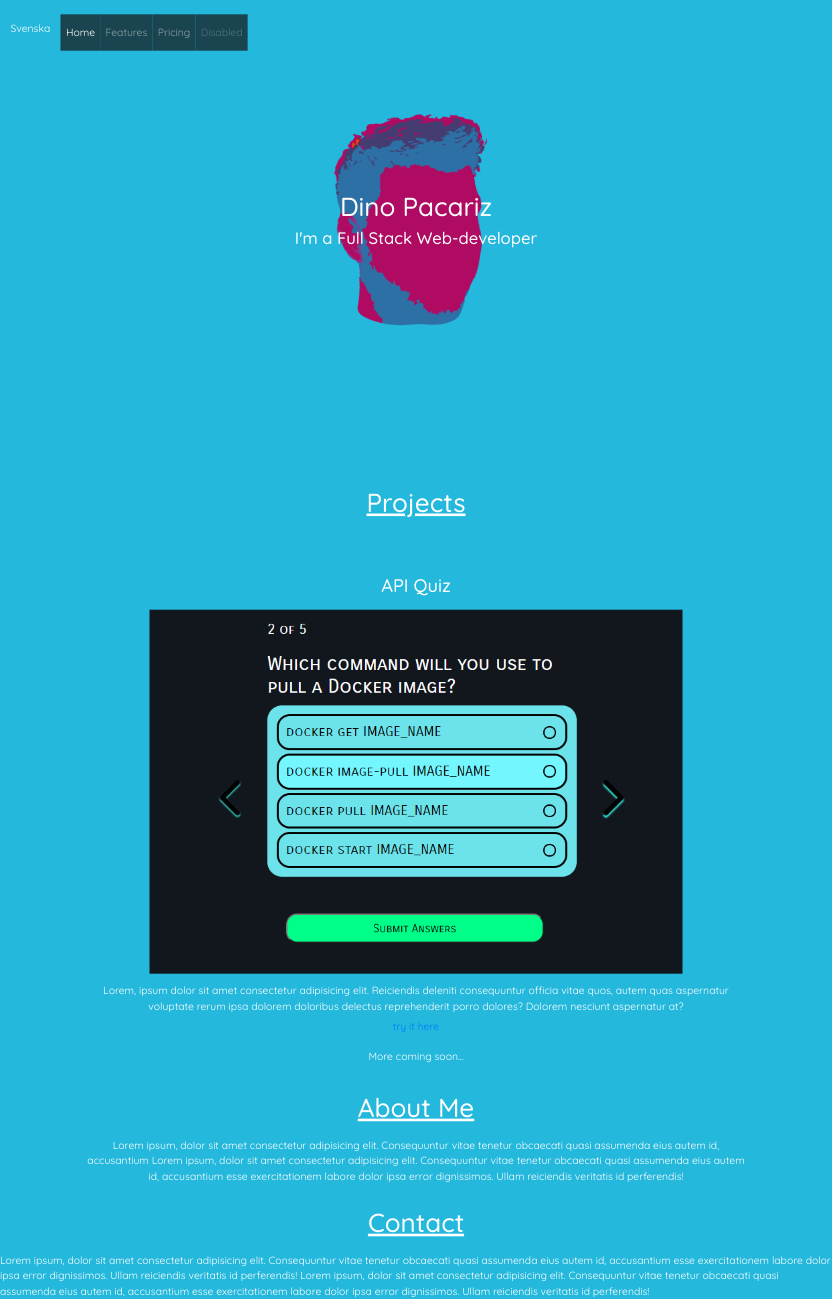
Repository: ImDino/Portfolio
Page: index.html
These files come from the project's save history. The page is drawn as it stood at one moment and after the next save; the edit follows.
The browser window is 1280 px wide. The pictures show the whole page, at 65% of full size.
Some web libraries are served in a nearby version. The style sheet was rebuilt from its Sass, Less or Tailwind sources for each picture, by a compiler version that may differ from the author's.

Above is the page before, as saved 2020-11-06 14:32:34.
Console error: TypeError: Cannot read properties of null (reading 'addLabel')

After the next save:
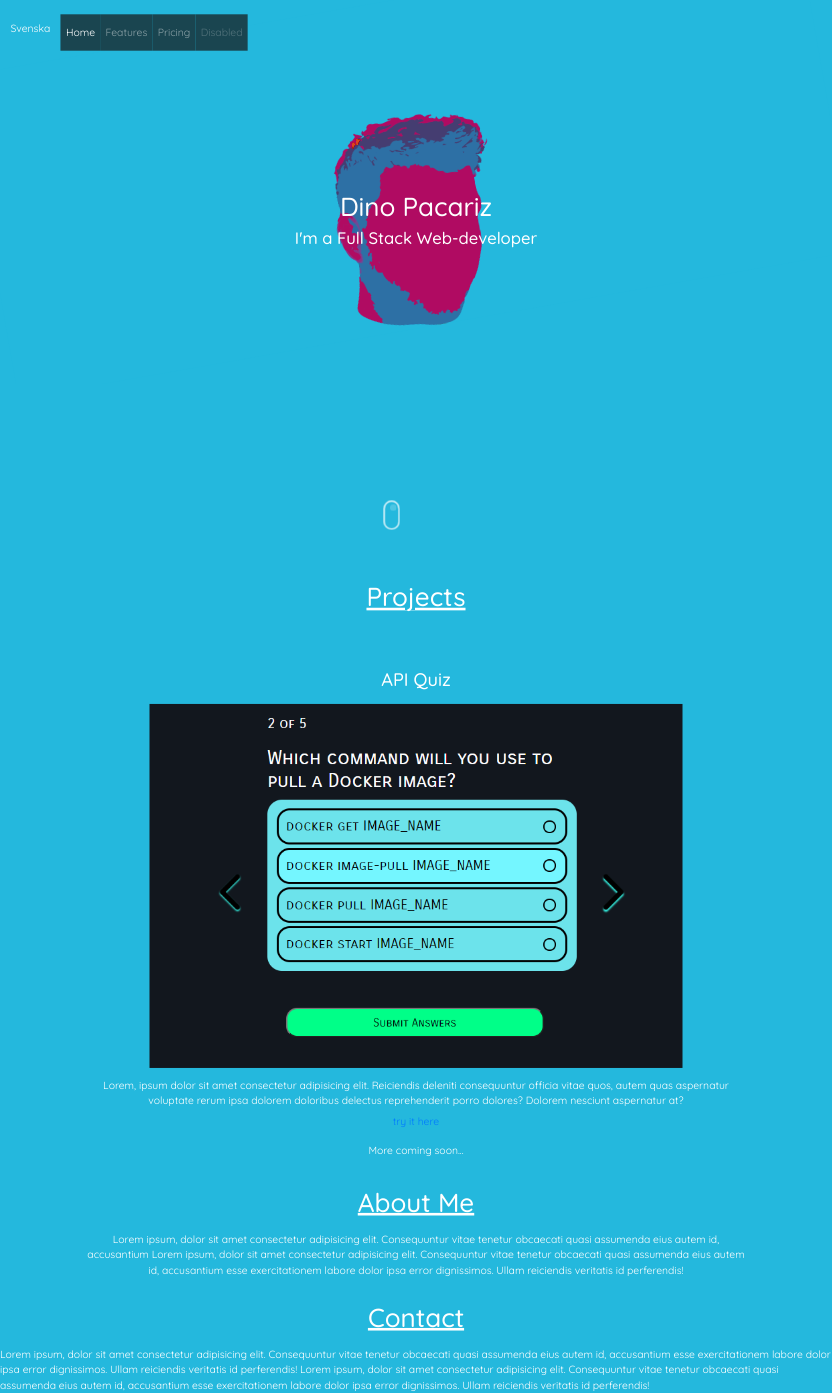
Saved 6 s later.
--- a/scss/main.scss
+++ b/scss/main.scss
@@ -234,7 +234,65 @@ body {
 
 
 
-
+.mouse{
+    margin: 50px auto;
+    width: 100px;
+  }.mouse-icon{
+     width: 25px;
+     height: 45px;
+     border: 2px solid white;
+     border-radius: 15px;
+     cursor: pointer;
+     position: relative;
+     text-align: center;
+  }.mouse-wheel{
+    height: 10px;
+    margin: 7.8px;
+    display: block;
+    width: 10px;
+    background-color: white;
+    border-radius: 50%;
+    -webkit-animation: 1.6s ease infinite wheel-up-down;
+   -moz-animation: 1.6s ease infinite wheel-up-down;
+    animation: 1.6s ease infinite wheel-up-down;
+  }
+  @-webkit-keyframes wheel-up-down {
+      0% {
+          margin-top: 2px;
+          opacity: 0;
+      }
+      30% {
+          opacity: 1;
+      }
+      100% {
+          margin-top: 20px;
+          opacity: 0;
+      }
+  }@-moz-keyframes wheel-up-down {
+      0% {
+          margin-top: 20px;
+          opacity: 0;
+      }
+      30% {
+          opacity: 1;
+      }
+      100% {
+          margin-top: 2px;
+          opacity: 0;
+      }
+  }@keyframes wheel-up-down {
+      0% {
+          margin-top: 20px;
+          opacity: 0;
+      }
+      30% {
+          opacity: 1;
+      }
+      100% {
+          margin-top: 2px;
+          opacity: 0;
+      }
+  }
 
 /* //TODO
 1. Darkmode, ställa in särskilda färger IFALL man är i darkmode? UX baby.
